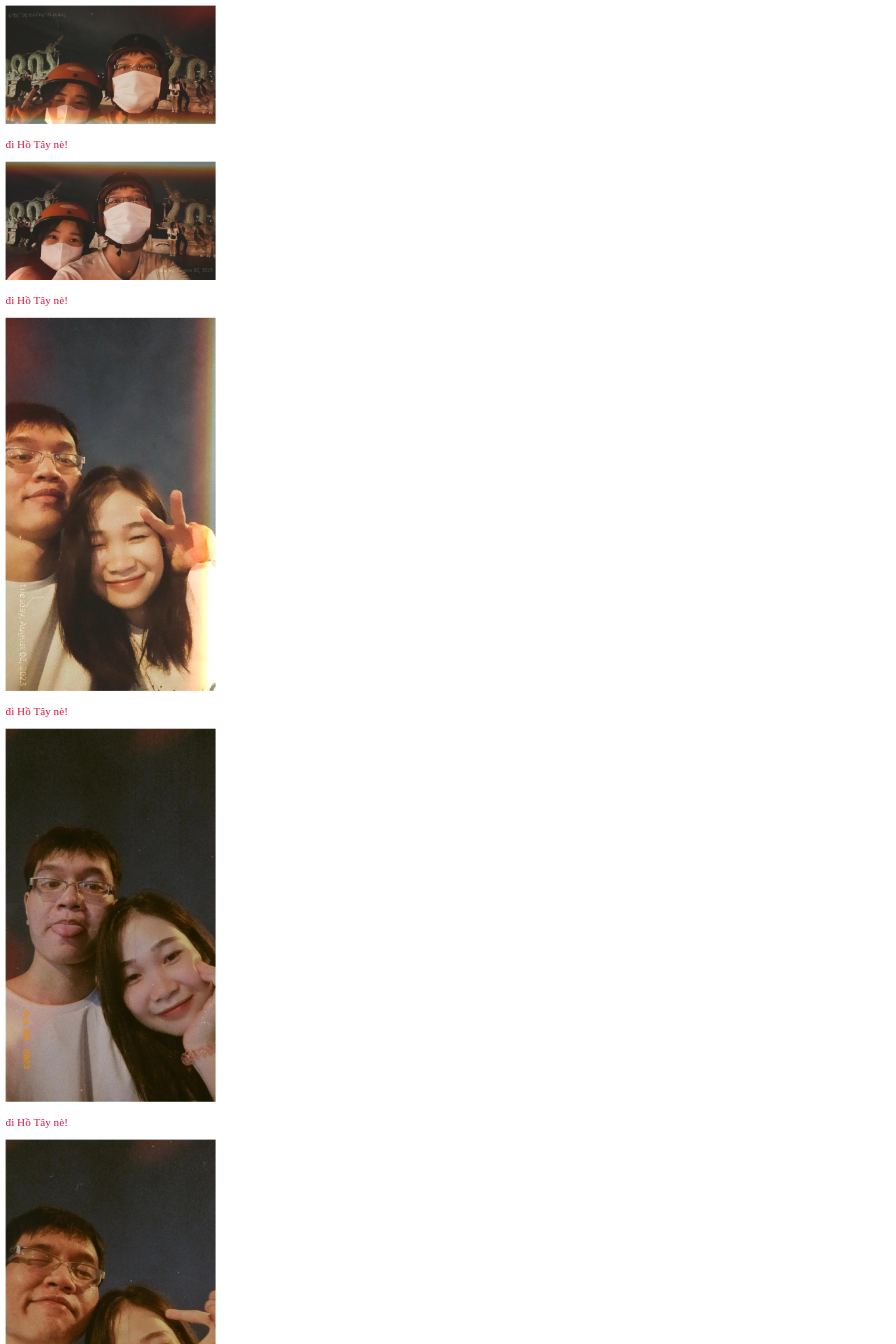
Repository: Hanhanh06/0907
Page: code/0908.html
An editor plug-in stored every save of this project. The page is shown before and after a run of saves, followed by the edit.
The browser window is 1280 px wide. The pictures show the part of the page from y = 0 to 1920 px (the page is 3977 px tall before and 3969 px after), at 70% of full size.

Above is the page before, as saved 2023-08-09 21:50:11.

### code/0908.html
<!DOCTYPE html>
<html lang="en">
<head>
    <meta charset="UTF-8">
    <meta name="viewport" content="width=device-width, initial-scale=1.0">
    <title>Document</title>
    <style>

     height: 100%;

   padding: 0;

   margin: 0;


   background: #f5dede;

 }
    </style>
</head>

        <head>

        </head>
        <body>


       <img src="001.jpg" alt="Hình ảnh không tồn tại" width="300px">
       <p style="color: crimson;font-size: 16px;"> đi Hồ Tây nè! </p>
       <img src="002.jpg" alt="Hình ảnh không tồn tại" width="300px">
       <p style="color: crimson;font-size: 16px;"> đi Hồ Tây nè!</p>
       <img src="003.jpg" alt="Hình ảnh không tồn tại" width="300px">
       <p style="color: crimson;font-size: 16px;">  đi Hồ Tây nè!</p>
       <img src="004.jpg" alt="Hình ảnh không tồn tại" width="300px">
       <p style="color: crimson;font-size: 16px;">  đi Hồ Tây nè! </p>
       <img src="005.jpg" alt="Hình ảnh không tồn tại" width="300px">
       <p style="color: crimson;font-size: 16px;">  đi Hồ Tây nè! </p>
       <img src="006.jpg" alt="Hình ảnh không tồn tại" width="300px">
       <p style="color: crimson;font-size: 16px;">  đi Hồ Tây nè!</p>
       <img src="007.jpg" alt="Hình ảnh không tồn tại" width="300px">
       <p style="color: crimson;font-size: 16px;">  đi Hồ Tây nè!</p>
       <img src="008.jpg" alt="Hình ảnh không tồn tại" width="300px">
       <p style="color: crimson;font-size: 16px;">  đi Hồ Tây nè!</p>


</body>
</html>

After the next 4 saves:
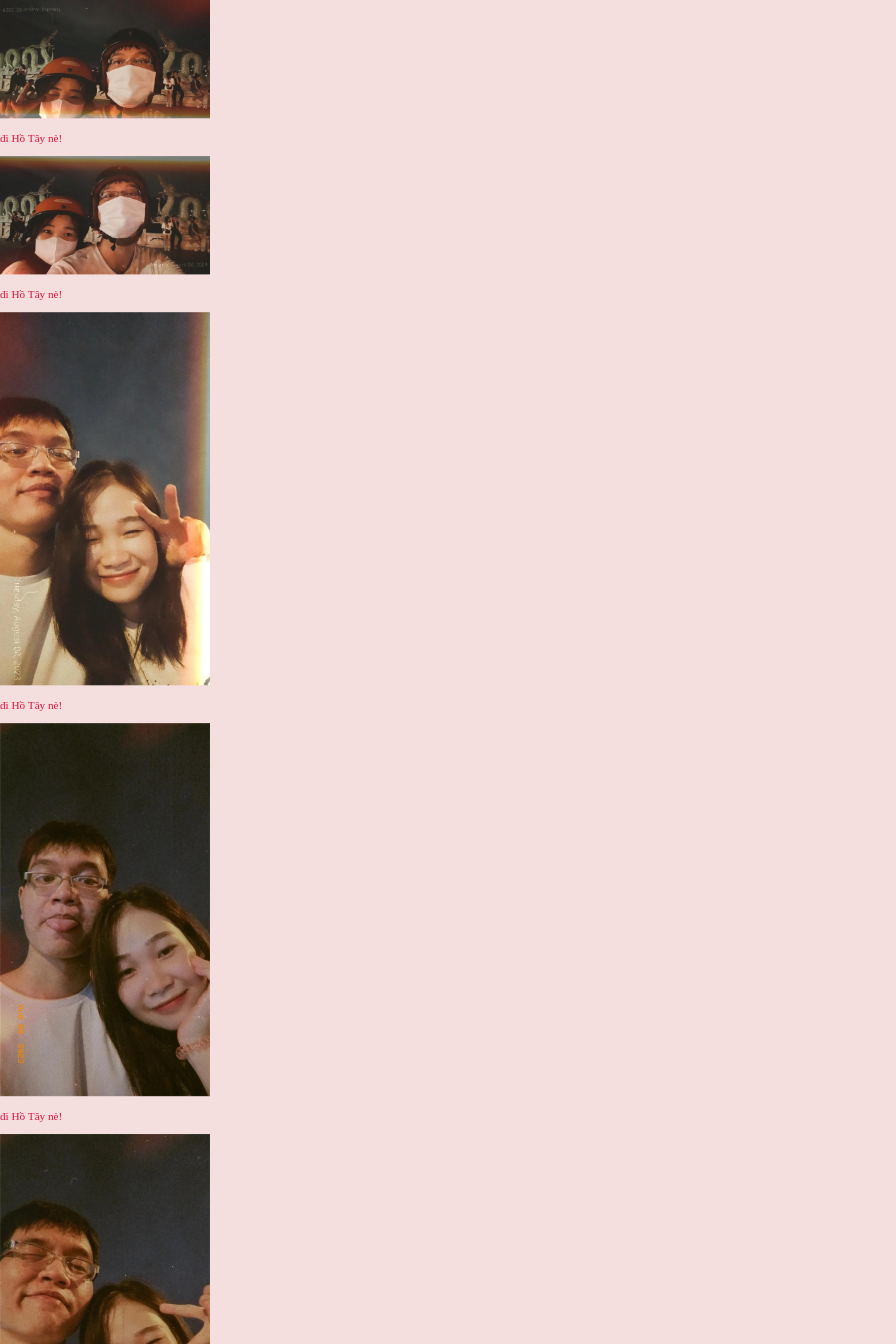
The 4 saves are shown as one change because they came seconds apart.
The last was saved 14 s later.
--- a/code/0908.html
+++ b/code/0908.html
@@ -6,7 +6,9 @@
     <title>Document</title>
     <style>
 
-     height: 100%;
+    body{
+
+      height: 100%;
 
    padding: 0;
 
@@ -16,6 +18,7 @@
    background: #f5dede;
 
  }
+
     </style>
 </head>
 
